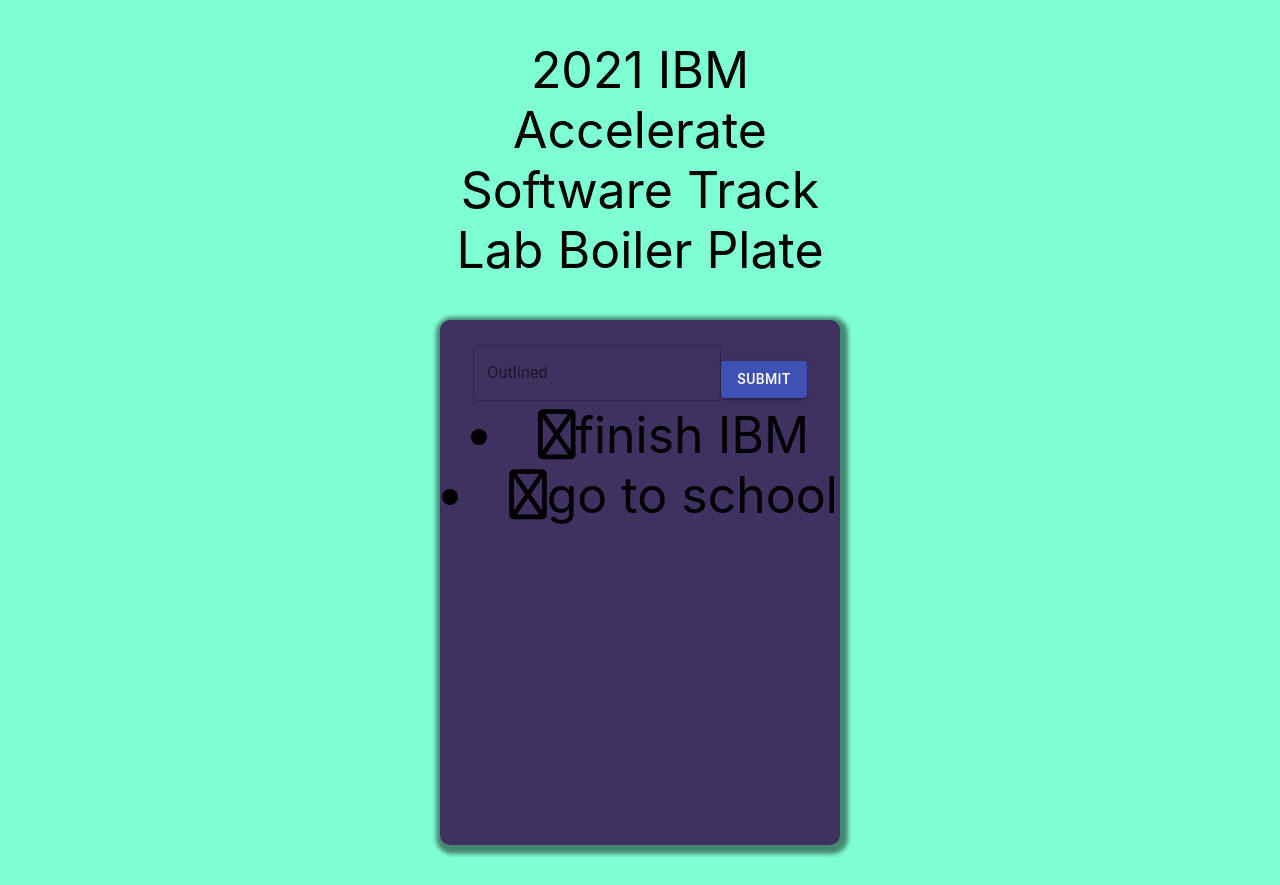
Repository: 2021-IBM-Accelerate-SW-Track/lab-1-team-34
Page: /
The author's editor kept a copy of each file at every save. The page is drawn from the files as they stood at one save, then again after the next save.
The browser window is 1280 px wide. The pictures show the whole page.
Some web libraries are served in a nearby version. The project was rebuilt for these pictures with package versions that can differ from the ones it lists, and the page was loaded fresh each time.

Above is the page before, as saved 2021-06-13 16:46:39.

### public/index.html
<!DOCTYPE html>
<html lang="en">
  <head>
    <meta charset="utf-8" />
    <meta name="viewport" content="width=device-width, initial-scale=1" />
    <meta name="theme-color" content="#000000" />
    <meta
      name="description"
      content="Web site created using create-react-app"
    />
    <script src="https://kit.fontawesome.com/b9d1aed08a.js" crossorigin="anonymous"></script>

    <!--
      manifest.json provides metadata used when your web app is installed on a
      user's mobile device or desktop. See https://developers.google.com/web/fundamentals/web-app-manifest/
    -->
    <!--
      Notice the use of %PUBLIC_URL% in the tags above.
      It will be replaced with the URL of the `public` folder during the build.
      Only files inside the `public` folder can be referenced from the HTML.

      Unlike "/favicon.ico" or "favicon.ico", "%PUBLIC_URL%/favicon.ico" will
      work correctly both with client-side routing and a non-root public URL.
      Learn how to configure a non-root public URL by running `npm run build`.
    -->
    <title>React App</title>
  </head>
  <body>
    <noscript>You need to enable JavaScript to run this app.</noscript>
    <div id="root"></div>
    <!--
      This HTML file is a template.
      If you open it directly in the browser, you will see an empty page.

      You can add webfonts, meta tags, or analytics to this file.
      The build step will place the bundled scripts into the <body> tag.

      To begin the development, run `npm start` or `yarn start`.
      To create a production bundle, use `npm run build` or `yarn build`.
    -->
  </body>
</html>

### src/App.js
// import Header from "./component/header";
import Page from "./Pages/UI";

import "./App.css";

function App() {
  return (
    <div className="App">
      <Page />
    </div>
  );
}

export default App;

### src/Pages/UI/index.js
import Page from "./page";

export default Page;

### src/App.css
.App {
  text-align: center;
  background: aquamarine;
  font-size: 50px;
}

body {
  margin: 0;
  font-family: -apple-system, BlinkMacSystemFont, "Segoe UI", "Roboto", "Oxygen",
    "Ubuntu", "Cantarell", "Fira Sans", "Droid Sans", "Helvetica Neue",
    sans-serif;
  -webkit-font-smoothing: antialiased;
  -moz-osx-font-smoothing: grayscale;
}

code {
  font-family: source-code-pro, Menlo, Monaco, Consolas, "Courier New",
    monospace;
}
html {
  background: aquamarine;
}

### src/Pages/UI/page.js
import React from "react";
import Header from "../../component/header/header"; // no target file, targets index.js
import Input from "../../component/Input";

function page(props) {
  return (
    <div>
      <Header />
      <Input />
    </div>
  );
}

export default page;

### src/component/header/header.js
export default function Header() {
  return (
    <div className="header">
      2021 IBM Accelerate Software Track Lab Boiler Plate
    </div>
  );
}

### src/component/Input/index.js
import Input from "./input";

export default Input;

### src/component/Input/input.js
import { TextField, Button } from "@material-ui/core";
import React, { useState } from "react";
import "./input.css";

const initialTodo = ["finish IBM", "go to school"];

function Input(props) {
  const [input, setInput] = useState("");
  const [list, setTodo] = React.useState(initialTodo);

  function handleAdd() {
    const newList = list;
    newList.push(input);
    setTodo(newList);
    console.log(list);
    setInput("");
    handleClear();
    // debugger;
  }

  const handleClear = () => {
    Array.from(document.querySelectorAll("input")).forEach((input) => {
      input.value = "";
    });
    Array.from(document.querySelectorAll("textarea")).forEach((textarea) => {
      textarea.value = "";
    });
  };
  return (
    <div className="inputcolor">
      <TextField
        onChange={(event) => {
          setInput(event.target.value);
          console.log(input);
        }}
        // onEnter={() => {
        //   list.push(input);
        // }}
        // id="outlined-basic"
        label="Outlined"
        variant="outlined"
      />

      <Button onClick={handleAdd} variant="contained" color="primary">
        Submit
      </Button>

      {/* list not updating quick but data does get added */}
      {list &&
        list.map((item, index) => {
          return <li key={index}>{item}</li>;
        })}
    </div>
  );
}

export default Input;

### src/component/Input/input.css
.inputcolor {
  background-color: #3f3160;
  min-height: 500px;
  width: 400px;
  margin: 40px auto;
  padding-top: 25px;
  border-radius: 10px;
  box-shadow: 2px 3px 4px 6px #00000077;
}
.inputtext {
  background-color: #00000033;
  border: 0;
  color: #fff;
  width: 200px;

  height: 50px;
  margin: 20px;
  padding: 0 20px;
  font-size: 18px;
  border-radius: 10px;
  padding-right: 10px;
}
.container {
  padding-top: 0px;
  padding-bottom: 30px;
}
.list {
  color: white;
}

ul li {
  padding: 10px 0px;
}

li:before {
  content: "\f00c";
  font-family: "Font Awesome 5 Free";
}

.App {
  background-color: #fec9bb;
  min-height: 500px;
  width: 400px;
  margin: 40px auto;
}
.button {
  background-color: rgba(27, 112, 137, 1);
  border: 0;
  color: #fff;
  width: 100px;

  height: 50px;
  margin: 20px;
  padding: 0 20px;
  font-size: 18px;
  border-radius: 10px;
}

Loaded but not shown: src/index.js (common file)

After the next save:
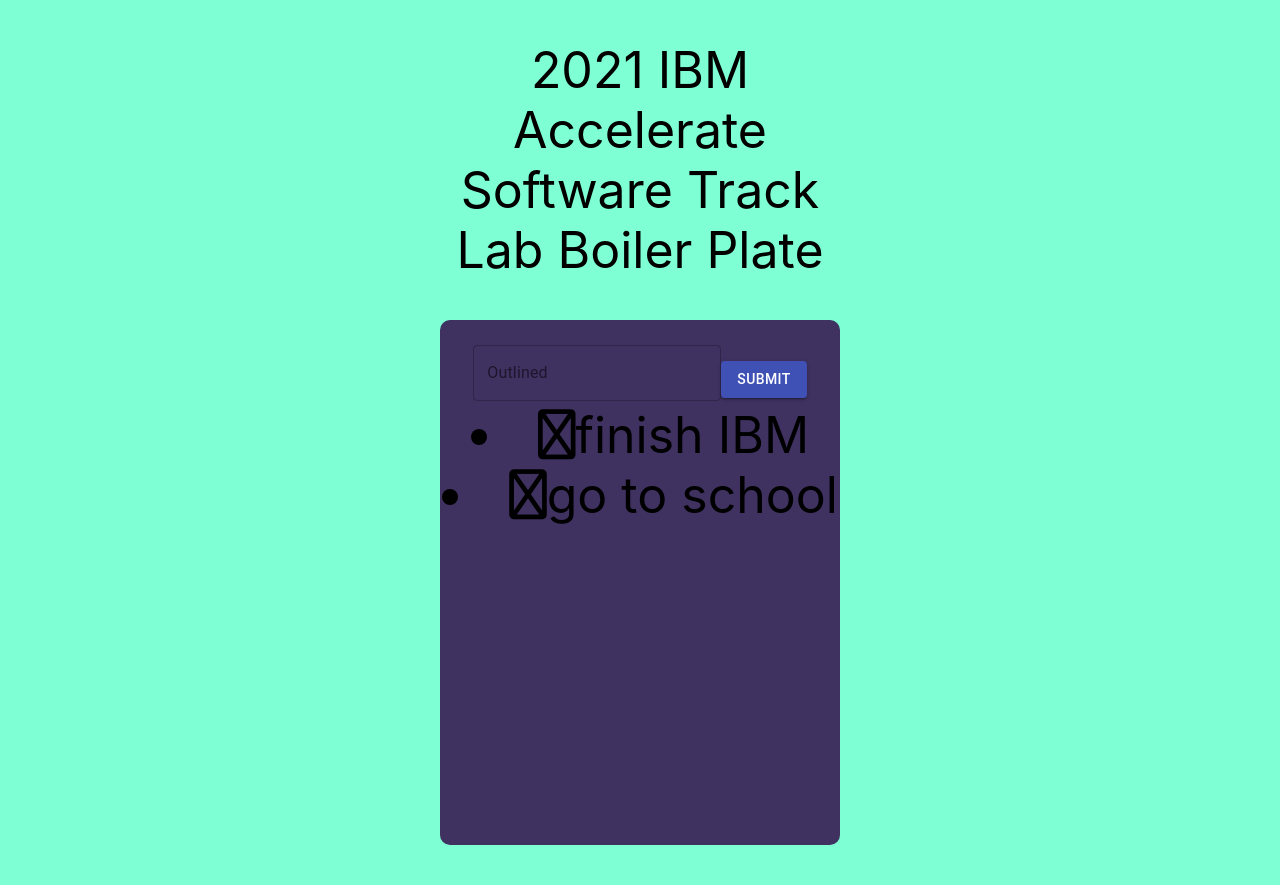
Saved 24 s later.
--- a/src/component/Input/input.css
+++ b/src/component/Input/input.css
@@ -5,7 +5,7 @@
   margin: 40px auto;
   padding-top: 25px;
   border-radius: 10px;
-  box-shadow: 2px 3px 4px 6px #00000077;
+  /* box-shadow: 2px 3px 4px 6px #00000077; */
 }
 .inputtext {
   background-color: #00000033;

After the 3 saves that followed:
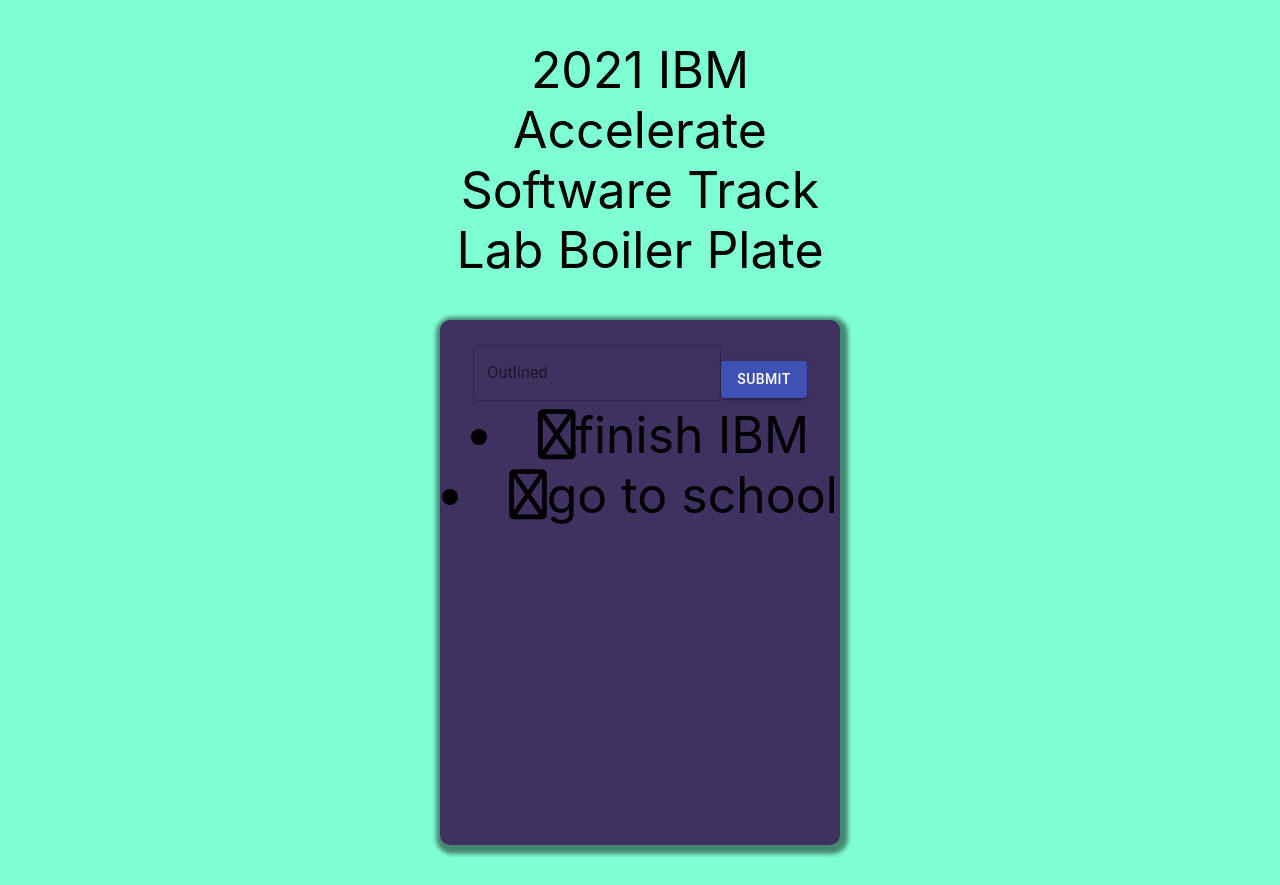
The 3 saves are shown as one change because 2 left the picture as it was.
The last was saved 34 s later.
--- a/src/component/Input/input.css
+++ b/src/component/Input/input.css
@@ -5,10 +5,10 @@
   margin: 40px auto;
   padding-top: 25px;
   border-radius: 10px;
-  /* box-shadow: 2px 3px 4px 6px #00000077; */
+  box-shadow: 2px 3px 4px 6px #00000077;
 }
 .inputtext {
-  background-color: #00000033;
+  background-color: #ffffff33;
   border: 0;
   color: #fff;
   width: 200px;
